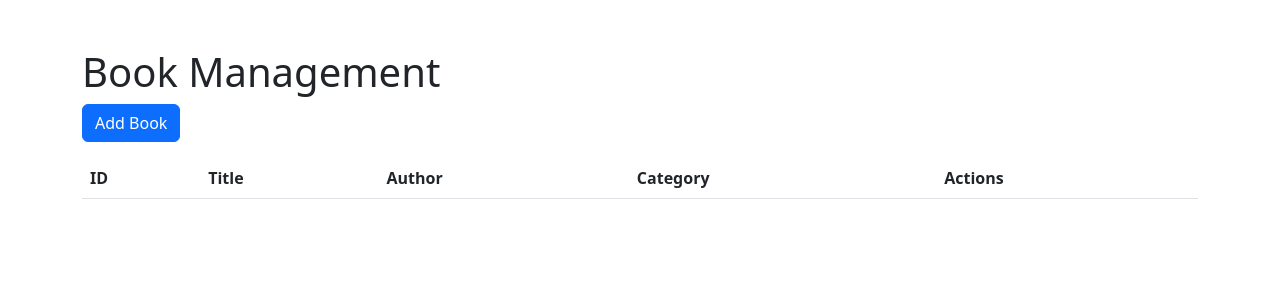
Repository: Abdulahi338/Book-management-system
Page: http://localhost/libray/
An editor plug-in stored every save of this project. The page is shown before and after the next save, followed by the edit.
The browser window is 1280 px wide. The pictures show the whole page.
The page is run by PHP 8.4 with error messages shown; the project is at /var/www/html/. The session is filled in as if someone had signed in: {"user_id": 1, "email": "test@example.com", "role": "admin"}. Queries for data that is not in the repository find no rows.

Above is the page before, as saved 2024-08-22 15:15:33.

After the next save:
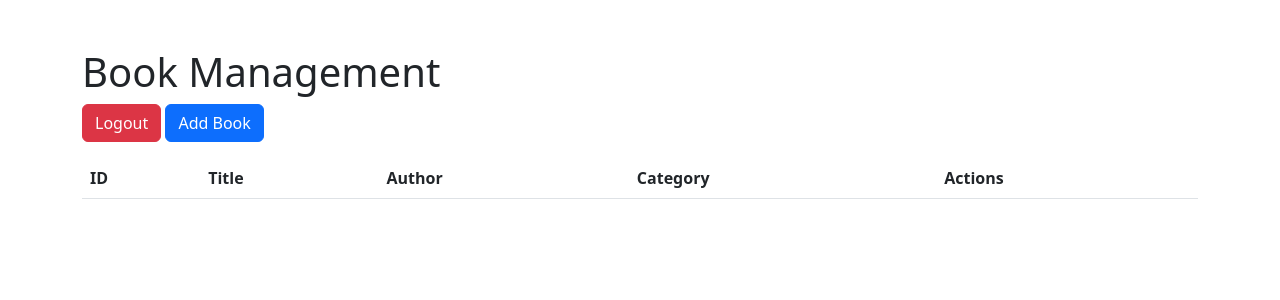
Saved 3 min 47 s later.
--- a/index.php
+++ b/index.php
@@ -1,12 +1,3 @@
-<?php
-session_start();
-if (!isset($_SESSION['user_id'])) {
-    header("Location: login.php");
-    exit();
-}
-
-?>
-
 <!DOCTYPE html>
 <html lang="en">
 <head>
@@ -21,6 +12,8 @@ if (!isset($_SESSION['user_id'])) {
 <body>
     <div class="container mt-5">
         <h1>Book Management</h1>
+        <!-- Logout Button -->
+        <a href="logout.php" class="btn btn-danger mb-3">Logout</a>
         <button class="btn btn-primary mb-3" data-bs-toggle="modal" data-bs-target="#addBookModal">Add Book</button>
         <table class="table table-striped">
             <thead>
